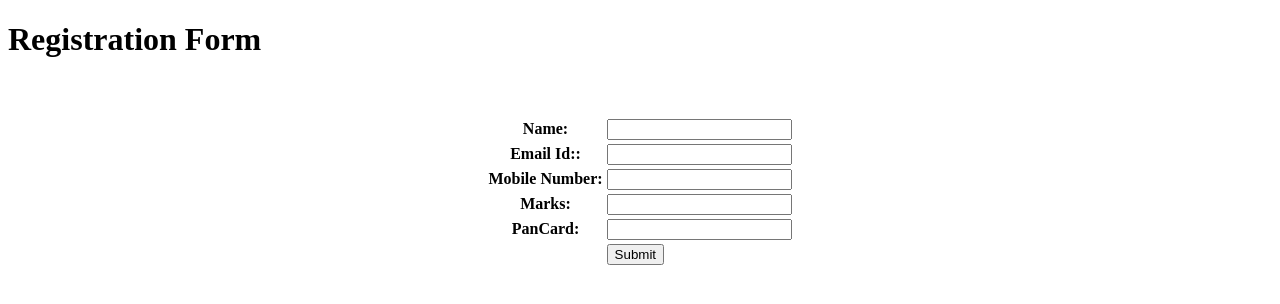
Repository: poojagupta18/Practice-Java
Page: http://localhost/MyOnlineInterviewProcess/RegistrationPortal.jsp
These files come from the project's save history. The page is drawn as it stood at one moment and after the next save; the edit follows.
The browser window is 1280 px wide. The pictures show the whole page.
The page is served by Tomcat 9.

Above is the page before, as saved 2019-12-04 10:46:31.

### java Training/java/Online-Interview-Process/MyOnlineInterviewProcess/WebContent/RegistrationPortal.jsp
<%@ page language="java" contentType="text/html; charset=ISO-8859-1"
	pageEncoding="ISO-8859-1"%>
<!DOCTYPE html>
<html>
<head>
<meta charset="ISO-8859-1">
<title>Insert title here</title>
</head>
<body>
	<h1>Registration Form</h1>
	<br>
	<br>

	<form action="_______" method="post">
	<center>
		<table>
			<tr>
				<th>Name:</th>
				<td><input type="text" name="studentName"></td>
			</tr>
			<tr>
				<th>Email Id::</th>
				<td><input type="text" name="email"></td>
			</tr>
			<tr>
				<th>Mobile Number:</th>
				<td><input type="text" name="mobile"></td>
			</tr>
			<tr>
				<th>Marks:</th>
				<td><input type="text" name="marks"></td>
			</tr>
			<tr>
				<th>PanCard:</th>
				<td><input type="text" name="pancard"></td>
			</tr>
			<tr>
				<th></th>
				<td><input type="submit" value="Submit"></td>
			</tr>
		</table>
		</center>
	</form>
</body>
</html>

After the next save:
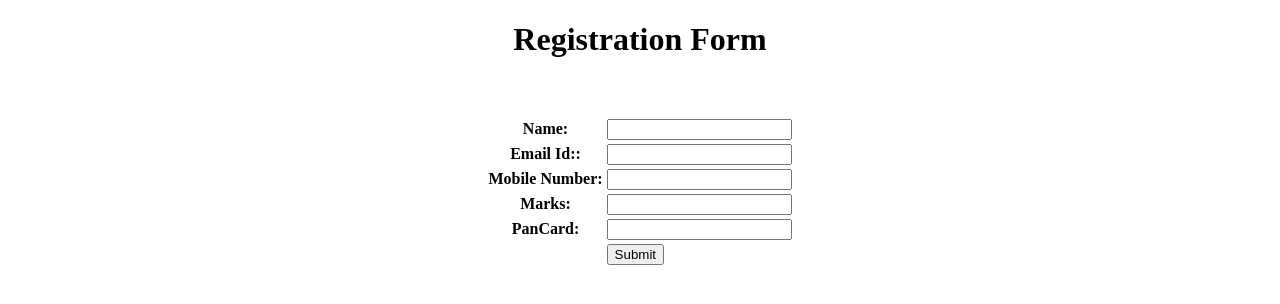
Saved 39 s later.
--- a/java Training/java/Online-Interview-Process/MyOnlineInterviewProcess/WebContent/RegistrationPortal.jsp
+++ b/java Training/java/Online-Interview-Process/MyOnlineInterviewProcess/WebContent/RegistrationPortal.jsp
@@ -7,12 +7,14 @@
 <title>Insert title here</title>
 </head>
 <body>
-	<h1>Registration Form</h1>
-	<br>
-	<br>
+
+
 
 	<form action="_______" method="post">
 	<center>
+		<h1>Registration Form</h1>
+			<br>
+			<br>
 		<table>
 			<tr>
 				<th>Name:</th>
